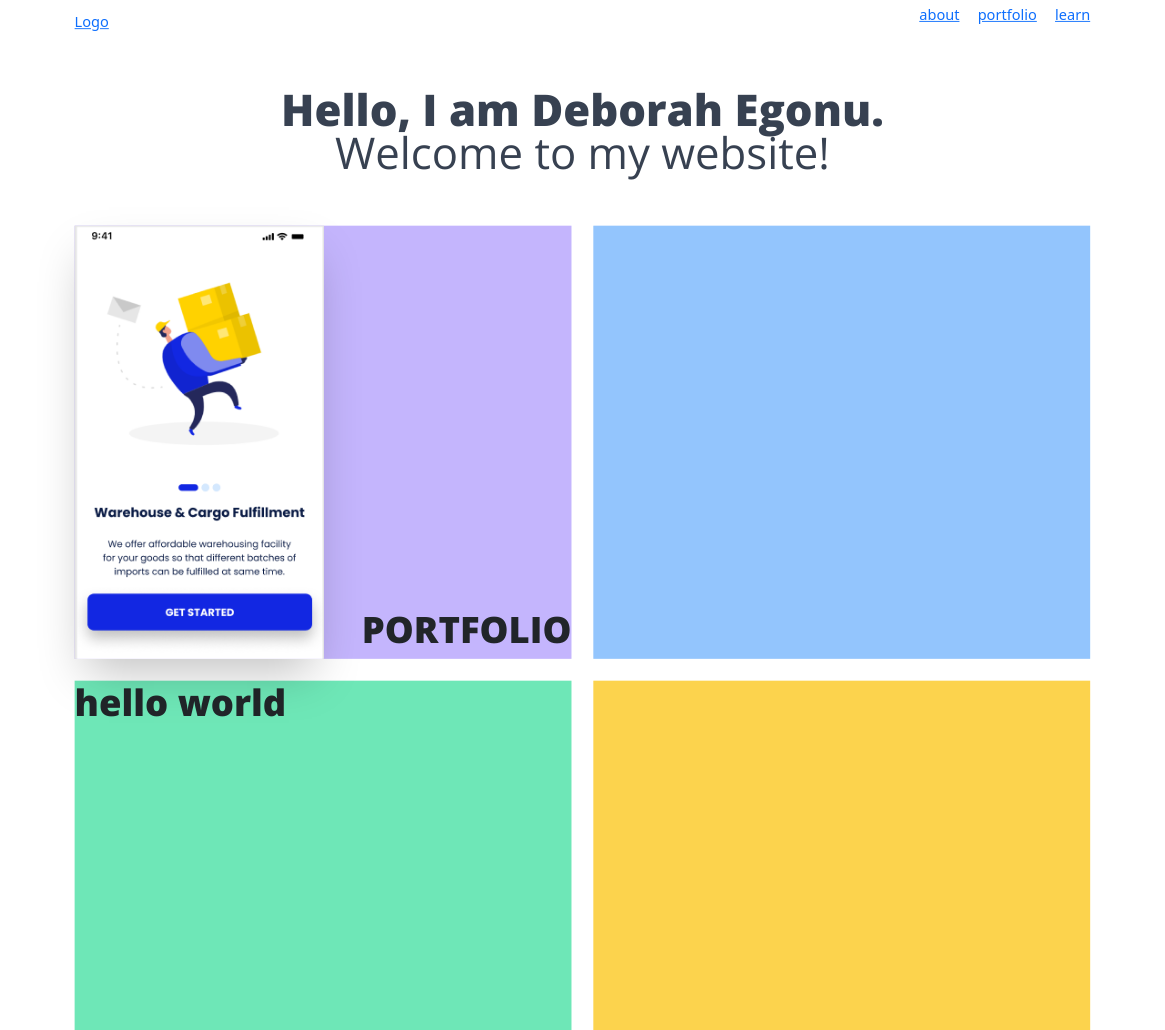
Repository: latenightsnacc/codewithdeb
Page: index.html
The author's editor kept a copy of each file at every save. The page is drawn from the files as they stood at one save, then again after the next save.
The browser window is 1280 px wide. The pictures show the whole page, at 91% of full size.

Above is the page before, as saved 2021-06-07 11:06:54.

After the next save:
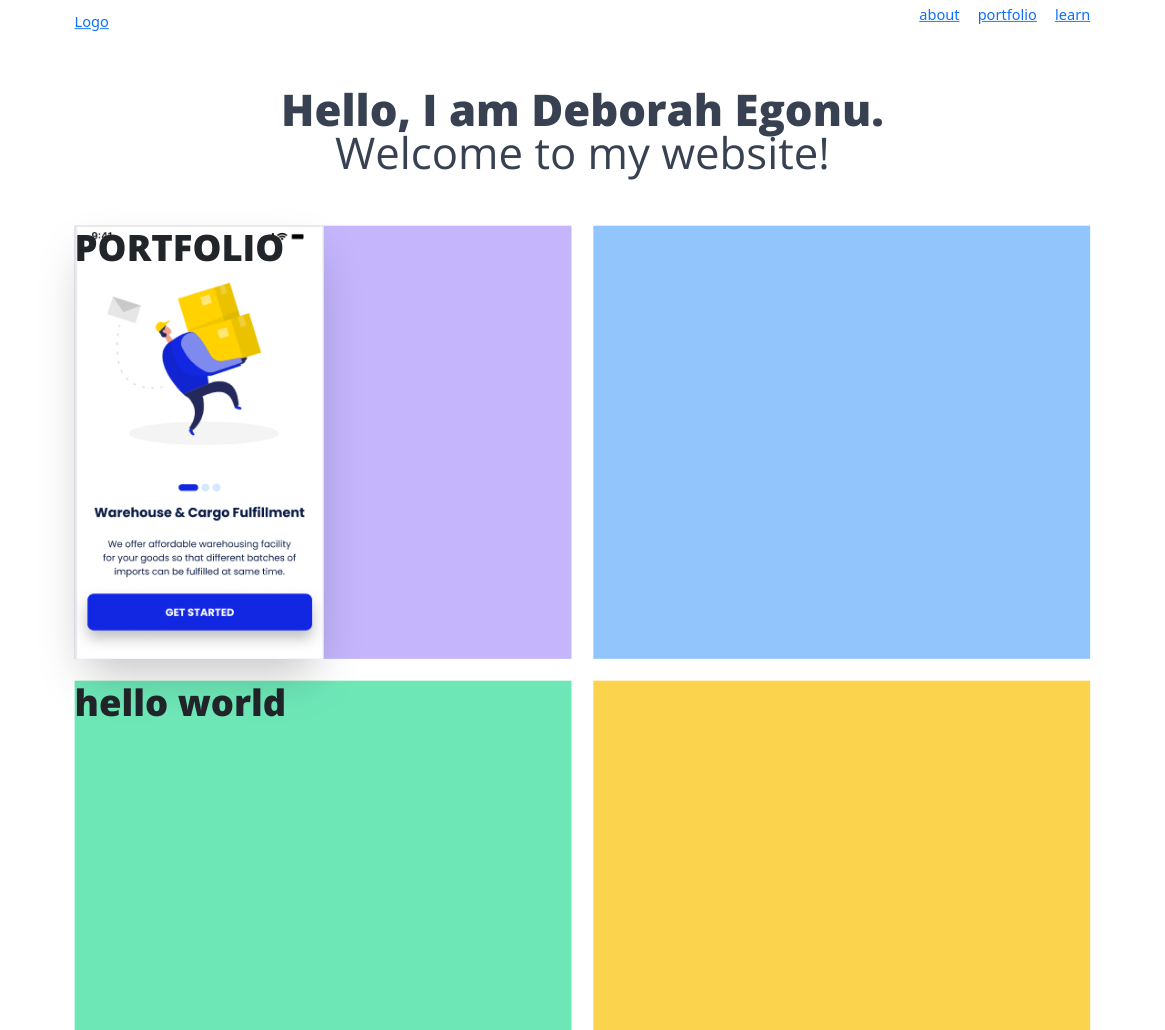
Saved 21 s later.
--- a/index.html
+++ b/index.html
@@ -58,7 +58,7 @@
                 <a href="">
                     <img class="shadow-2xl" src="assets/d-1.PNG" alt="">
                 </a>
-                <div class="absolute bottom-0 right-0">
+                <div class="absolute top-0 left-0">
                     <h1 class="uppercase">portfolio</h1>
                 </div>
 
